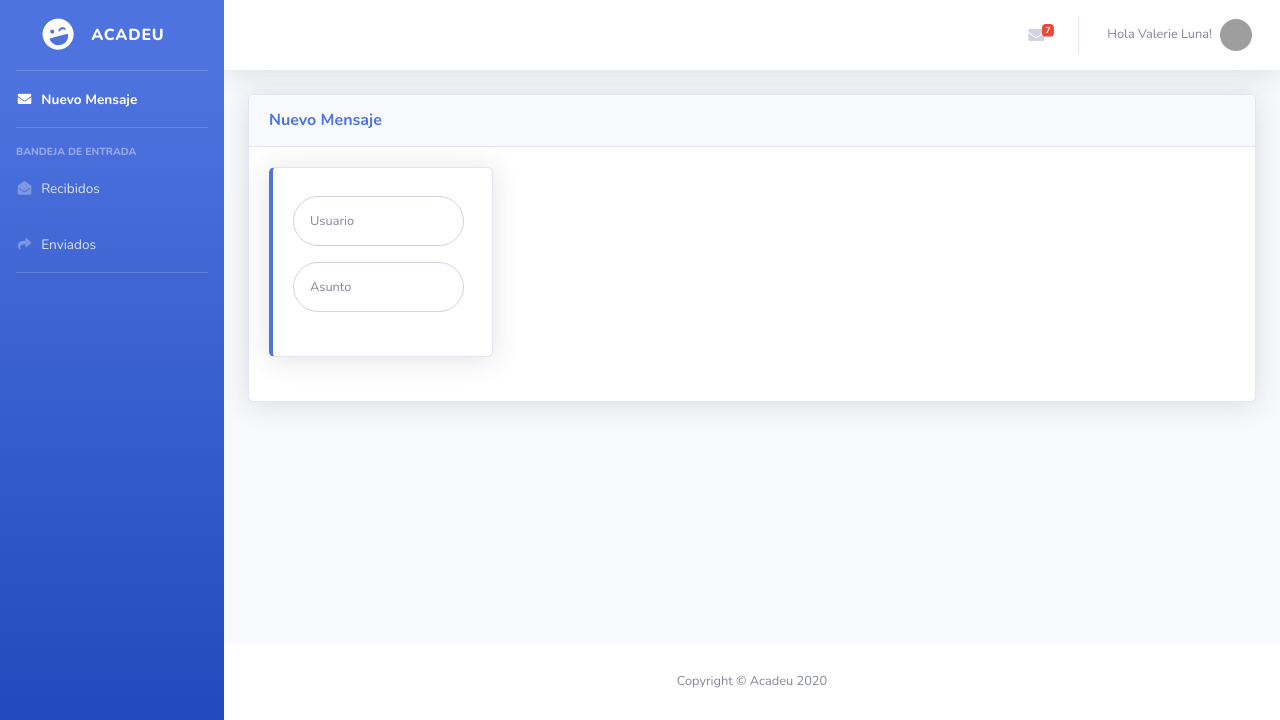
Repository: nicolask92/spring_java_test
Page: http://localhost/nuevo-mensaje
The author's editor kept a copy of each file at every save. The page is drawn from the files as they stood at one save, then again after the next save.
The browser window is 1280 px wide. The pictures show the whole page.
Pictures or frames that could not be fetched are drawn as grey boxes. The page is this project's Thymeleaf template; nobody is signed in. Other server files are loaded and not shown. The template is opened directly, without the code that normally fills it, so the values that code supplies are empty.

Above is the page before, as saved 2020-06-13 21:36:58.

### spring-tutorial/src/main/resources/templates/nuevo-mensaje.html
<!DOCTYPE html>
<html xmlns:th="http://www.thymleaf.org">
<head>
<meta charset="utf-8" />
<meta http-equiv="X-UA-Compatible" content="IE=edge" />
<meta name="viewport"
	content="width=device-width, initial-scale=1, shrink-to-fit=no" />
<meta name="description" content="" />
<meta name="author" content="Nicolas Kloster" />

<title>Nuevo Mensaje</title>

<!-- Custom fonts for this template-->
<link th:href="@{/vendor/fontawesome-free/css/all.min.css}"
	rel="stylesheet" type="text/css" />
<link
	href="https://fonts.googleapis.com/css?family=Nunito:200,200i,300,300i,400,400i,600,600i,700,700i,800,800i,900,900i"
	rel="stylesheet" />

<!-- Custom styles for this template-->
<link th:href="@{/css/sb-admin-2.min.css}" rel="stylesheet" />

<!-- Custom styles for this page -->
<link th:href="@{/vendor/datatables/dataTables.bootstrap4.min.css}"
	rel="stylesheet">
</head>
<body id="page-top">

	<!-- Page Wrapper -->
	<div id="wrapper">

		<!-- Sidebar -->
		<ul
			class="navbar-nav bg-gradient-primary sidebar sidebar-dark accordion"
			id="accordionSidebar">

			<!-- Sidebar - Brand -->
			<a
				class="sidebar-brand d-flex align-items-center justify-content-center"
				href="index.html">
				<div class="sidebar-brand-icon rotate-n-15">
					<i class="fas fa-laugh-wink"></i>
				</div>
				<div class="sidebar-brand-text mx-3">Acadeu</div>
			</a>

			<!-- Divider -->
			<hr class="sidebar-divider my-0">

			<!-- Nuevo Mensaje-->
			<li class="nav-item active"><a class="nav-link" th:href="@{/nuevo_mensaje}">
					<i class="fas fa-fw fa-envelope"></i> <span>Nuevo Mensaje</span>
			</a></li>

			<!-- Divider -->
			<hr class="sidebar-divider">

			<!-- Titulo Mensajes Barra Lateral -->
			<div class="sidebar-heading">Bandeja de Entrada</div>

			<!-- Recibidos y Enviados -->
			<li class="nav-item"><a class="nav-link" th:href="@{/index}"> <i
					class="fas fa-fw fa-envelope-open"></i> <span>Recibidos</span>
			</a></li>


			<li class="nav-item"><a class="nav-link collapsed" th:href="@{/enviados}">
					<i class="fas fa-fw fa-share"></i> <span>Enviados</span>
			</a></li>

			<!-- Divider -->
			<hr class="sidebar-divider">


		</ul>
		<!-- End of Sidebar -->

		<!-- Content Wrapper -->
		<div id="content-wrapper" class="d-flex flex-column">

			<!-- Main Content -->
			<div id="content">

				<!-- Topbar -->
				<nav
					class="navbar navbar-expand navbar-light bg-white topbar mb-4 static-top shadow">

					<!-- Sidebar Toggle (Topbar) -->
					<button id="sidebarToggleTop"
						class="btn btn-link d-md-none rounded-circle mr-3">
						<i class="fa fa-bars"></i>
					</button>


					<!-- Topbar Navbar -->
					<ul class="navbar-nav ml-auto">


						<!-- Alertas Mensajes-->

						<li class="nav-item dropdown no-arrow mx-1"><a
							class="nav-link dropdown-toggle" href="#" id="messagesDropdown"
							role="button" data-toggle="dropdown" aria-haspopup="true"
							aria-expanded="false"> <i class="fas fa-envelope fa-fw"></i>
								<!-- Counter - Messages --> <span
								class="badge badge-danger badge-counter">7</span>
						</a> <!-- Dropdown - Messages -->
							<div
								class="dropdown-list dropdown-menu dropdown-menu-right shadow animated--grow-in"
								aria-labelledby="messagesDropdown">
								<h6 class="dropdown-header">Message Center</h6>
								<a class="dropdown-item d-flex align-items-center" href="#">
									<div class="dropdown-list-image mr-3">
										<img class="rounded-circle"
											src="https://source.unsplash.com/fn_BT9fwg_E/60x60" alt="">
										<div class="status-indicator bg-success"></div>
									</div>
									<div class="font-weight-bold">
										<div class="text-truncate">Hi there! I am wondering if
											you can help me with a problem I've been having.</div>
										<div class="small text-gray-500">Emily Fowler · 58m</div>
									</div>
								</a> <a class="dropdown-item d-flex align-items-center" href="#">
									<div class="dropdown-list-image mr-3">
										<img class="rounded-circle"
											src="https://source.unsplash.com/AU4VPcFN4LE/60x60" alt="">
										<div class="status-indicator"></div>
									</div>
									<div>
										<div class="text-truncate">I have the photos that you
											ordered last month, how would you like them sent to you?</div>
										<div class="small text-gray-500">Jae Chun · 1d</div>
									</div>
								</a> <a class="dropdown-item d-flex align-items-center" href="#">
									<div class="dropdown-list-image mr-3">
										<img class="rounded-circle"
											src="https://source.unsplash.com/CS2uCrpNzJY/60x60" alt="">
										<div class="status-indicator bg-warning"></div>
									</div>
									<div>
										<div class="text-truncate">Last month's report looks
											great, I am very happy with the progress so far, keep up the
											good work!</div>
										<div class="small text-gray-500">Morgan Alvarez · 2d</div>
									</div>
								</a> <a class="dropdown-item d-flex align-items-center" href="#">
									<div class="dropdown-list-image mr-3">
										<img class="rounded-circle"
											src="https://source.unsplash.com/Mv9hjnEUHR4/60x60" alt="">
										<div class="status-indicator bg-success"></div>
									</div>
									<div>
										<div class="text-truncate">Am I a good boy? The reason I
											ask is because someone told me that people say this to all
											dogs, even if they aren't good...</div>
										<div class="small text-gray-500">Chicken the Dog · 2w</div>
									</div>
								</a> <a class="dropdown-item text-center small text-gray-500"
									href="#">Read More Messages</a>
							</div></li>

						<div class="topbar-divider d-none d-sm-block"></div>

						<!-- Nav Item - Informacion de Usuario -->
						<li class="nav-item dropdown no-arrow"><a
							class="nav-link dropdown-toggle" href="#" id="userDropdown"
							role="button" data-toggle="dropdown" aria-haspopup="true"
							aria-expanded="false"> <span
								class="mr-2 d-none d-lg-inline text-gray-600 small">Hola
									Valerie Luna!</span> <img class="img-profile rounded-circle"
								src="https://source.unsplash.com/QAB-WJcbgJk/60x60">
						</a> <!-- Dropdown - Logout y Perfil -->
							<div
								class="dropdown-menu dropdown-menu-right shadow animated--grow-in"
								aria-labelledby="userDropdown">
								<a class="dropdown-item" href="#"> <i
									class="fas fa-user fa-sm fa-fw mr-2 text-gray-400"></i> Perfil
								</a>
								<div class="dropdown-divider"></div>
								<a class="dropdown-item" href="#" data-toggle="modal"
									data-target="#logoutModal"> <i
									class="fas fa-sign-out-alt fa-sm fa-fw mr-2 text-gray-400"></i>
									Cerrar Sesion
								</a>
							</div></li>

					</ul>

				</nav>
				<!-- Termina la barra superior -->

				<!-- Begin Page Content -->
				<div class="container-fluid">



					<!-- Mensajes -->
					<div class="card shadow mb-4">
						<div class="card-header py-3">
							<h6 class="m-0 font-weight-bold text-primary">Nuevo Mensaje</h6>
						</div>

						<div class="card-body">
							<div class="row">
								<div class="col-xl-3 col-md-6 mb-4">
					              <div class="card border-left-primary shadow h-100 py-2">
					                <div class="card-body">
					                  <div class="row no-gutters align-items-center">
					                    <div class="col mr-2">
													<form class="user">
														<div class="form-group">
															<input required type="text"
																class="form-control form-control-user"
																id="exampleInputEmail" aria-describedby="emailHelp"
																placeholder="Usuario">
														</div>
														<div class="form-group">
															<input required type="text"
																class="form-control form-control-user"
																id="exampleInputPassword" placeholder="Asunto">
														</div>
													</form>
												</div>
					                  </div>
					                </div>
					              </div>
					            </div>
							</div>
						</div>
					</div>

				</div>
				<!-- /.container-fluid -->

			</div>
			<!-- End of Main Content -->

			<!-- Footer -->
			<footer class="sticky-footer bg-white">
				<div class="container my-auto">
					<div class="copyright text-center my-auto">
						<span>Copyright &copy; Acadeu 2020</span>
					</div>
				</div>
			</footer>
			<!-- End of Footer -->

		</div>
		<!-- End of Content Wrapper -->

	</div>
	<!-- End of Page Wrapper -->

	<!-- Scroll to Top Button-->
	<a class="scroll-to-top rounded" href="#page-top"> <i
		class="fas fa-angle-up"></i>
	</a>



	<!-- Bootstrap core JavaScript-->
	<script th:src="@{/vendor/jquery/jquery.min.js}"></script>
	<script th:src="@{/vendor/bootstrap/js/bootstrap.bundle.min.js}"></script>

	<!-- Core plugin JavaScript-->
	<script th:src="@{/vendor/jquery-easing/jquery.easing.min.js}"></script>

	<!-- Custom scripts for all pages-->
	<script th:src="@{/js/sb-admin-2.min.js}"></script>

	<!-- Page level plugins -->
	<script th:src="@{/vendor/datatables/jquery.dataTables.min.js}"></script>
	<script th:src="@{/vendor/datatables/dataTables.bootstrap4.min.js}"></script>

	<!-- Page level custom scripts -->
	<script th:src="@{/js/demo/datatables-demo.js}"></script>

	<script>

	</script>

</body>
</html>

### spring-tutorial/src/main/resources/static/js/demo/datatables-demo.js
// Call the dataTables jQuery plugin
$(document).ready(function() {
  $('#dataTable').DataTable({
		"language": {
		      "url": "//cdn.datatables.net/plug-ins/1.10.15/i18n/Spanish.json"
		    }
  });
});

Loaded but not shown: spring-tutorial/src/main/resources/static/css/sb-admin-2.min.css (library); spring-tutorial/src/main/resources/static/js/sb-admin-2.min.js (common file)

After the next save:
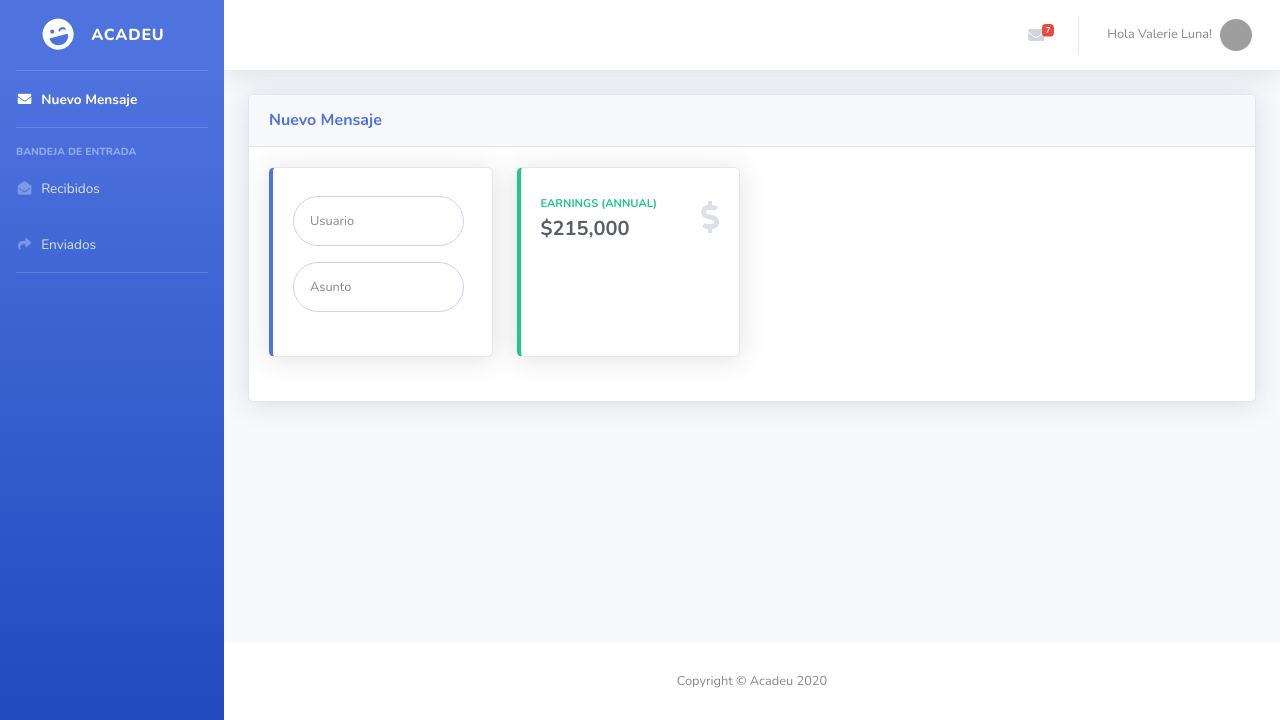
Saved 2 min 33 s later.
--- a/spring-tutorial/src/main/resources/templates/nuevo-mensaje.html
+++ b/spring-tutorial/src/main/resources/templates/nuevo-mensaje.html
@@ -202,6 +202,7 @@
 
 						<div class="card-body">
 							<div class="row">
+								<!-- Asunto y Usuario a Enviar -->
 								<div class="col-xl-3 col-md-6 mb-4">
 					              <div class="card border-left-primary shadow h-100 py-2">
 					                <div class="card-body">
@@ -225,6 +226,23 @@
 					                </div>
 					              </div>
 					            </div>
+
+					            <!-- Cuerpo del mensaje -->
+					            <div class="col-xl-3 col-md-6 mb-4">
+					              <div class="card border-left-success shadow h-100 py-2">
+					                <div class="card-body">
+					                  <div class="row no-gutters align-items-center">
+					                    <div class="col mr-2">
+					                      <div class="text-xs font-weight-bold text-success text-uppercase mb-1">Earnings (Annual)</div>
+					                      <div class="h5 mb-0 font-weight-bold text-gray-800">$215,000</div>
+					                    </div>
+					                    <div class="col-auto">
+					                      <i class="fas fa-dollar-sign fa-2x text-gray-300"></i>
+					                    </div>
+					                  </div>
+					                </div>
+					              </div>
+					            </div>
 							</div>
 						</div>
 					</div>
